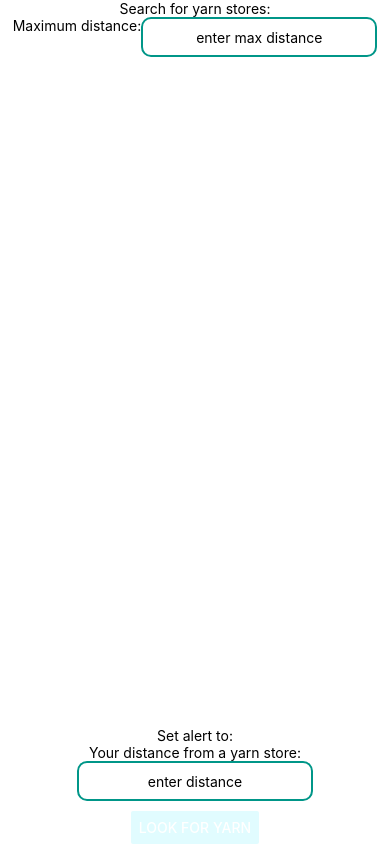
Repository: anuslorah/StashEnhancer
Screen: / (app in StashEnhancer1/)
These files come from the project's save history. The screen is drawn as it stood at one moment and after the next save; the edit follows.
The app was drawn by React Native's web renderer in a window 390 px wide. The project was rebuilt for these pictures with package versions that can differ from the ones it lists, and the page was loaded fresh each time.

Above is the screen before, as saved 2019-06-27 18:15:03.

After the next save:
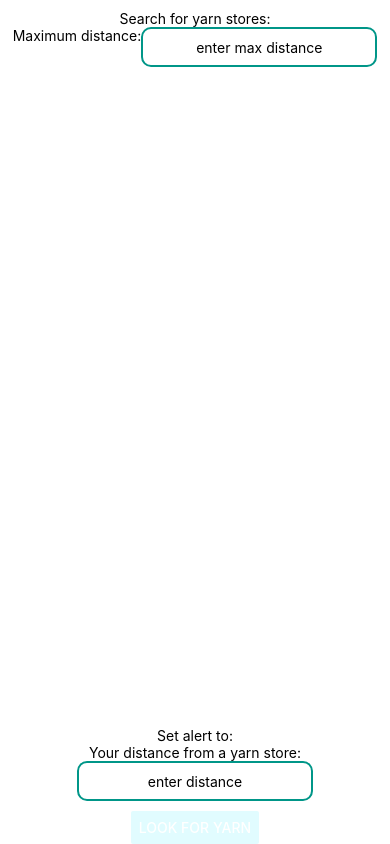
Saved 44 s later.
--- a/StashEnhancer1/App.js
+++ b/StashEnhancer1/App.js
@@ -34,6 +34,7 @@ const styles = StyleSheet.create({
     backgroundColor: '#fff',
     alignItems: 'center',
     justifyContent: 'center',
+    marginTop: 10
   },
   TextInputStyle: {
     textAlign: 'center',
